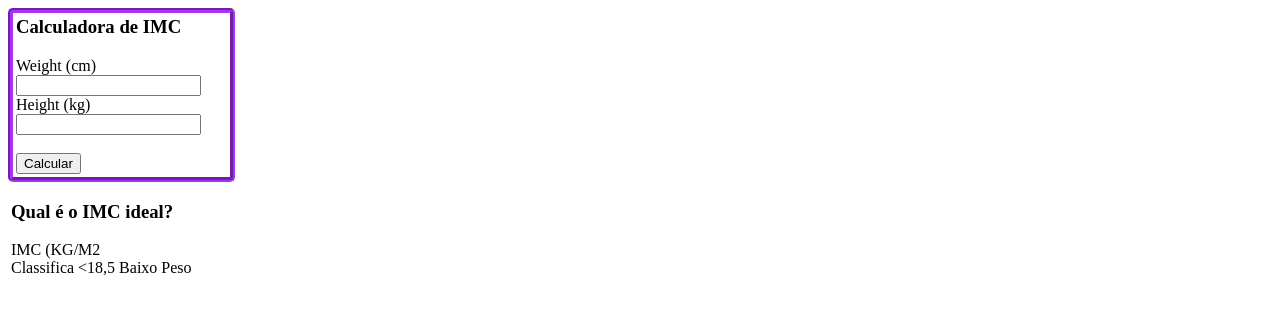
Repository: Patriciamativi/Projetos
Page: index.html
The author's editor kept a copy of each file at every save. The page is drawn from the files as they stood at one save, then again after the next save.
The browser window is 1280 px wide. The pictures show the whole page.

Above is the page before, as saved 2022-11-21 15:12:56.

After the next save:
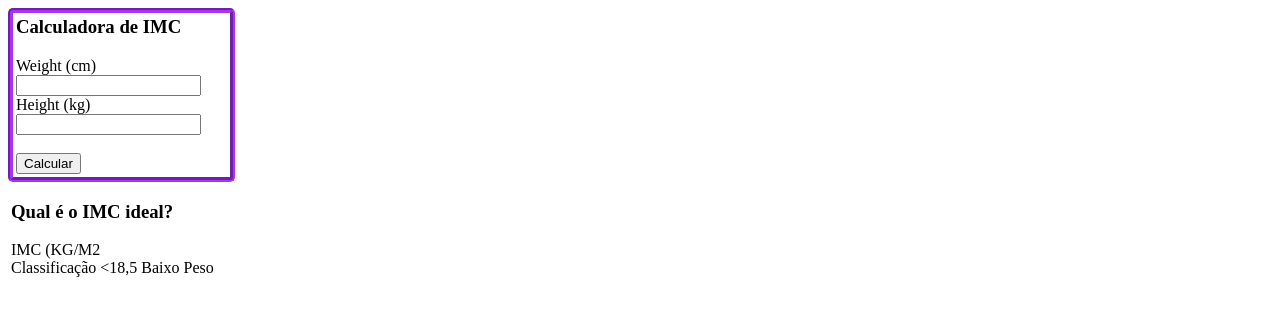
Saved 3 s later.
--- a/index.html
+++ b/index.html
@@ -38,7 +38,7 @@
              <tr>
                 <td> <h3>Qual é o IMC ideal?</h3>
 
-                IMC (KG/M2<br/>  Classifica
+                IMC (KG/M2<br/>  Classificação
                 <18,5 Baixo Peso
 
 
